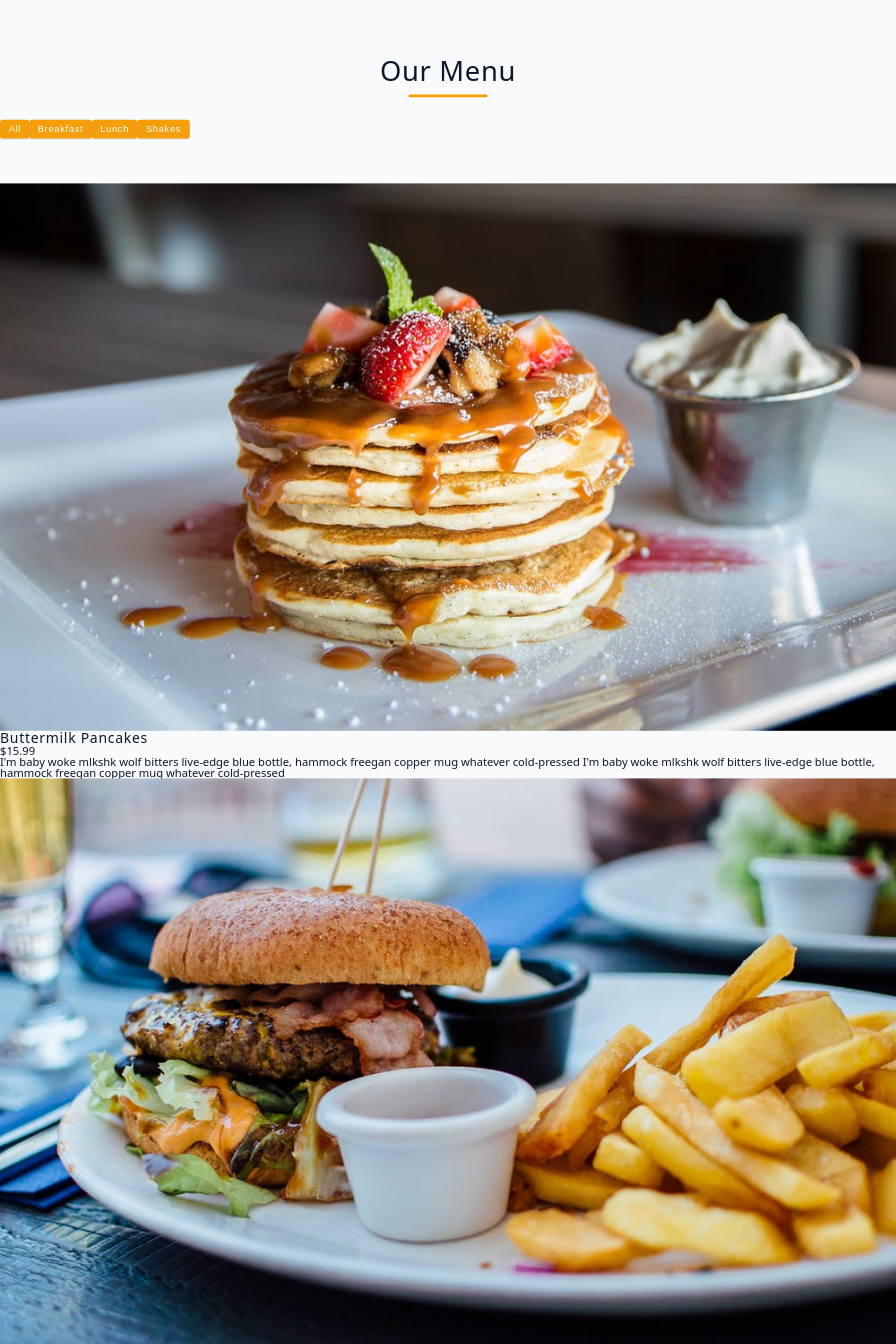
Repository: dydals3440/React-Projects
Page: / (app in 04-fundamental-projects/05-menu/starter/)
These files come from the project's save history. The page is drawn as it stood at one moment and after the next save; the edit follows.
The browser window is 1280 px wide. The pictures show the part of the page from y = 0 to 1920 px (the page is 9182 px tall), at 70% of full size.
The project was rebuilt for these pictures with package versions that can differ from the ones it lists, and the page was loaded fresh each time. Also part of the build but not shown: 04-fundamental-projects/05-menu/starter/vite.config.js.

Above is the page before, as saved 2023-09-07 13:50:51.

### 04-fundamental-projects/05-menu/starter/src/App.jsx
import { useState } from 'react';
import Title from './Title';
import menu from './data';
import Menu from './Menu';
import Categories from './Categories';

// const tempCategories = menu.map((item) => item.category);
// // 중복된 카테고리를 제외!
// const tempSet = new Set(tempCategories);
// const tempItems = ['all', ...tempSet];
// console.log(tempItems);

const allCategories = ['all', ...new Set(menu.map((item) => item.category))];

const App = () => {
  const [menuItems, setMenuItems] = useState(menu);
  const [categories, setCategories] = useState(allCategories);
  const filterItems = (category) => {
    if (category === 'all') {
      setMenuItems(menu);
      return;
    }
    const newItems = menu.filter((item) => item.category === category);
    setMenuItems(newItems);
  };

  return (
    <main>
      <section className='menu'>
        <Title text='our menu' />
        <Categories categories={categories} filterItems={filterItems} />
        <Menu items={menuItems} />
      </section>
    </main>
  );
};
export default App;

### 04-fundamental-projects/05-menu/starter/src/index.css
/* ============= GLOBAL CSS =============== */

*,
::after,
::before {
  margin: 0;
  padding: 0;
  box-sizing: border-box;
}

html {
  font-size: 100%;
} /*16px*/

:root {
  /* colors */
  --primary-100: #fef3c7;
  --primary-200: #fde68a;
  --primary-300: #fcd34d;
  --primary-400: #fbbf24;
  --primary-500: #f59e0b;
  --primary-600: #d97706;
  --primary-700: #b45309;
  --primary-800: #92400e;
  --primary-900: #78350f;

  /* grey */
  --grey-50: #f8fafc;
  --grey-100: #f1f5f9;
  --grey-200: #e2e8f0;
  --grey-300: #cbd5e1;
  --grey-400: #94a3b8;
  --grey-500: #64748b;
  --grey-600: #475569;
  --grey-700: #334155;
  --grey-800: #1e293b;
  --grey-900: #0f172a;
  /* rest of the colors */
  --black: #222;
  --white: #fff;
  --red-light: #f8d7da;
  --red-dark: #842029;
  --green-light: #d1e7dd;
  --green-dark: #0f5132;

  --small-text: 0.875rem;
  --extra-small-text: 0.7em;
  /* rest of the vars */
  --backgroundColor: var(--grey-50);
  --textColor: var(--grey-900);
  --borderRadius: 0.25rem;
  --letterSpacing: 1px;
  --transition: 0.3s ease-in-out all;
  --max-width: 1120px;
  --fixed-width: 600px;

  /* box shadow*/
  --shadow-1: 0 1px 3px 0 rgba(0, 0, 0, 0.1), 0 1px 2px 0 rgba(0, 0, 0, 0.06);
  --shadow-2: 0 4px 6px -1px rgba(0, 0, 0, 0.1),
    0 2px 4px -1px rgba(0, 0, 0, 0.06);
  --shadow-3: 0 10px 15px -3px rgba(0, 0, 0, 0.1),
    0 4px 6px -2px rgba(0, 0, 0, 0.05);
  --shadow-4: 0 20px 25px -5px rgba(0, 0, 0, 0.1),
    0 10px 10px -5px rgba(0, 0, 0, 0.04);
}

body {
  background: var(--backgroundColor);
  font-family: system-ui, -apple-system, BlinkMacSystemFont, 'Segoe UI', Roboto,
    Oxygen, Ubuntu, Cantarell, 'Open Sans', 'Helvetica Neue', sans-serif;
  font-weight: 400;
  line-height: 1;
  color: var(--textColor);
}
p {
  margin: 0;
}
h1,
h2,
h3,
h4,
h5 {
  margin: 0;
  font-family: var(--headingFont);
  font-weight: 400;
  line-height: 1;
  text-transform: capitalize;
  letter-spacing: var(--letterSpacing);
}

h1 {
  font-size: 3.052rem;
}

h2 {
  font-size: 2.441rem;
}

h3 {
  font-size: 1.953rem;
}

h4 {
  font-size: 1.563rem;
}

h5 {
  font-size: 1.25rem;
}

.text {
  margin-bottom: 1.5rem;
  max-width: 40em;
}

small,
.text-small {
  font-size: var(--small-text);
}

a {
  text-decoration: none;
}
ul {
  list-style-type: none;
  padding: 0;
}

.img {
  width: 100%;
  display: block;
  object-fit: cover;
}
/* buttons */

.btn {
  cursor: pointer;
  color: var(--white);
  background: var(--primary-500);
  border: transparent;
  border-radius: var(--borderRadius);
  letter-spacing: var(--letterSpacing);
  padding: 0.375rem 0.75rem;
  box-shadow: var(--shadow-1);
  transition: var(--transition);
  text-transform: capitalize;
  display: inline-block;
}
.btn:hover {
  background: var(--primary-700);
  box-shadow: var(--shadow-3);
}
.btn-hipster {
  color: var(--primary-500);
  background: var(--primary-200);
}
.btn-hipster:hover {
  color: var(--primary-200);
  background: var(--primary-700);
}
.btn-block {
  width: 100%;
}

/* alerts */
.alert {
  padding: 0.375rem 0.75rem;
  margin-bottom: 1rem;
  border-color: transparent;
  border-radius: var(--borderRadius);
}

.alert-danger {
  color: var(--red-dark);
  background: var(--red-light);
}
.alert-success {
  color: var(--green-dark);
  background: var(--green-light);
}
/* form */

.form {
  width: 90vw;
  max-width: var(--fixed-width);
  background: var(--white);
  border-radius: var(--borderRadius);
  box-shadow: var(--shadow-2);
  padding: 2rem 2.5rem;
  margin: 3rem auto;
}
.form-label {
  display: block;
  font-size: var(--small-text);
  margin-bottom: 0.5rem;
  text-transform: capitalize;
  letter-spacing: var(--letterSpacing);
}
.form-input,
.form-textarea {
  width: 100%;
  padding: 0.375rem 0.75rem;
  border-radius: var(--borderRadius);
  background: var(--backgroundColor);
  border: 1px solid var(--grey-200);
}

.form-row {
  margin-bottom: 1rem;
}

.form-textarea {
  height: 7rem;
}
::placeholder {
  font-family: inherit;
  color: var(--grey-400);
}
.form-alert {
  color: var(--red-dark);
  letter-spacing: var(--letterSpacing);
  text-transform: capitalize;
}
/* alert */

@keyframes spinner {
  to {
    transform: rotate(360deg);
  }
}

.loading {
  width: 6rem;
  height: 6rem;
  border: 5px solid var(--grey-400);
  border-radius: 50%;
  border-top-color: var(--primary-500);
  animation: spinner 0.6s linear infinite;
  margin: 0 auto;
}

/* title */

.title {
  text-align: center;
}

.title-underline {
  background: var(--primary-500);
  width: 7rem;
  height: 0.25rem;
  margin: 0 auto;
  margin-top: 1rem;
}
/* ============= PROJECT CSS =============== */
.menu {
  padding: 5rem 0;
}

.btn-container {
  margin: 2rem 0 4rem 0;
  text-align; center;
}

### 04-fundamental-projects/05-menu/starter/src/Title.jsx
function Title({ text }) {
  return (
    <div className='title'>
      <h2>{text || 'Default Title'}</h2>
      <div className='title-underline'></div>
    </div>
  );
}

export default Title;

### 04-fundamental-projects/05-menu/starter/src/data.js
const menu = [
  {
    id: 1,
    title: 'buttermilk pancakes',
    category: 'breakfast',
    price: 15.99,
    img: '/images/item-1.jpeg',
    desc: `I'm baby woke mlkshk wolf bitters live-edge blue bottle, hammock freegan copper mug whatever cold-pressed I'm baby woke mlkshk wolf bitters live-edge blue bottle, hammock freegan copper mug whatever cold-pressed `,
  },
  {
    id: 2,
    title: 'diner double',
    category: 'lunch',
    price: 13.99,
    img: '/images/item-2.jpeg',
    desc: `vaporware iPhone mumblecore selvage raw denim slow-carb leggings gochujang helvetica man braid jianbing. Marfa thundercats `,
  },
  {
    id: 3,
    title: 'godzilla milkshake',
    category: 'shakes',
    price: 6.99,
    img: '/images/item-3.jpeg',
    desc: `ombucha chillwave fanny pack 3 wolf moon street art photo booth before they sold out organic viral.`,
  },
  {
    id: 4,
    title: 'country delight',
    category: 'breakfast',
    price: 20.99,
    img: '/images/item-4.jpeg',
    desc: `Shabby chic keffiyeh neutra snackwave pork belly shoreditch. Prism austin mlkshk truffaut, `,
  },
  {
    id: 5,
    title: 'egg attack',
    category: 'lunch',
    price: 22.99,
    img: '/images/item-5.jpeg',
    desc: `franzen vegan pabst bicycle rights kickstarter pinterest meditation farm-to-table 90's pop-up `,
  },
  {
    id: 6,
    title: 'oreo dream',
    category: 'shakes',
    price: 18.99,
    img: '/images/item-6.jpeg',
    desc: `Portland chicharrones ethical edison bulb, palo santo craft beer chia heirloom iPhone everyday`,
  },
  {
    id: 7,
    title: 'bacon overflow',
    category: 'breakfast',
    price: 8.99,
    img: '/images/item-7.jpeg',
    desc: `carry jianbing normcore freegan. Viral single-origin coffee live-edge, pork belly cloud bread iceland put a bird `,
  },
  {
    id: 8,
    title: 'american classic',
    category: 'lunch',
    price: 12.99,
    img: '/images/item-8.jpeg',
    desc: `on it tumblr kickstarter thundercats migas everyday carry squid palo santo leggings. Food truck truffaut  `,
  },
  {
    id: 9,
    title: 'quarantine buddy',
    category: 'shakes',
    price: 16.99,
    img: '/images/item-9.jpeg',
    desc: `skateboard fam synth authentic semiotics. Live-edge lyft af, edison bulb yuccie crucifix microdosing.`,
  },
];
export default menu;

### 04-fundamental-projects/05-menu/starter/src/Menu.jsx
import MenuItem from './MenuItem';

const Menu = ({ items }) => {
  return (
    <div className='section-center'>
      {items.map((menuItem) => {
        return <MenuItem key={menuItem.id} {...menuItem} />;
      })}
    </div>
  );
};

export default Menu;

### 04-fundamental-projects/05-menu/starter/src/Categories.jsx
const Categories = ({ categories, filterItems }) => {
  return (
    <div className='btn-container'>
      {categories.map((category) => {
        return (
          <button
            type='button'
            className='btn'
            key={category}
            // 카테고리를 통과해야하기 떄문에 화살표함수 기능을 제공해야함.
            onClick={() => filterItems(category)}
          >
            {category}
          </button>
        );
      })}
    </div>
  );
};

export default Categories;

### 04-fundamental-projects/05-menu/starter/src/MenuItem.jsx
const MenuItem = ({ img, title, price, desc }) => {
  return (
    <article className='menu-item'>
      <img src={img} alt={title} className='img' />
      <div className='item-info'>
        <header>
          <h5>{title}</h5>
          <span className='item-price'>${price}</span>
        </header>
        <p className='item-text'>{desc}</p>
      </div>
    </article>
  );
};

export default MenuItem;

Loaded but not shown: 04-fundamental-projects/05-menu/starter/index.html (common file); 04-fundamental-projects/05-menu/starter/src/main.jsx (common file)

After the next save:
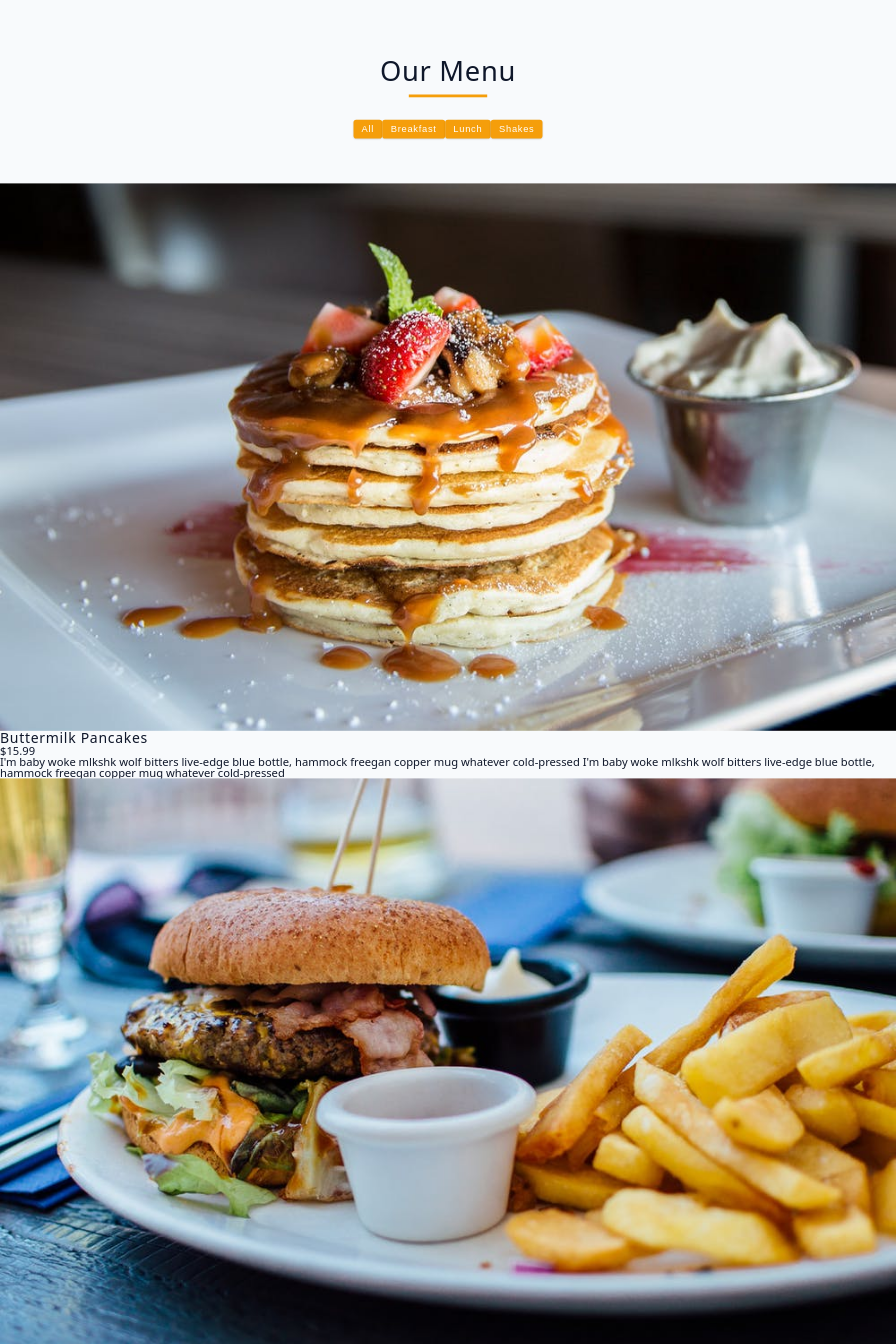
Saved 5 s later.
--- a/04-fundamental-projects/05-menu/starter/src/index.css
+++ b/04-fundamental-projects/05-menu/starter/src/index.css
@@ -259,5 +259,5 @@
 
 .btn-container {
   margin: 2rem 0 4rem 0;
-  text-align; center;
-}
+  text-align: center;
+}

After the save that followed:
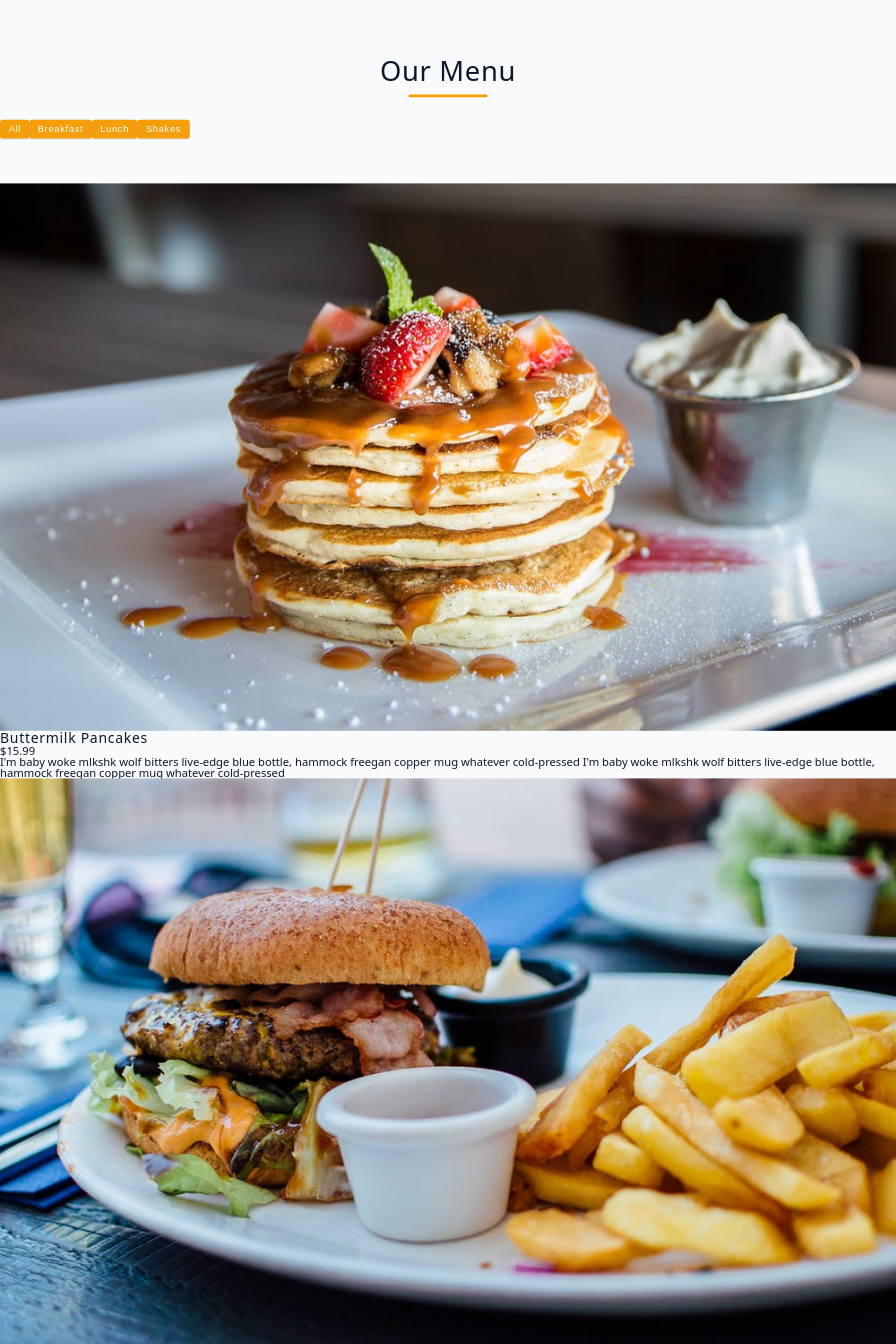
Saved 16 s later.
--- a/04-fundamental-projects/05-menu/starter/src/index.css
+++ b/04-fundamental-projects/05-menu/starter/src/index.css
@@ -259,5 +259,5 @@
 
 .btn-container {
   margin: 2rem 0 4rem 0;
-  text-align: center;
-}
+  display: flex;
+}
